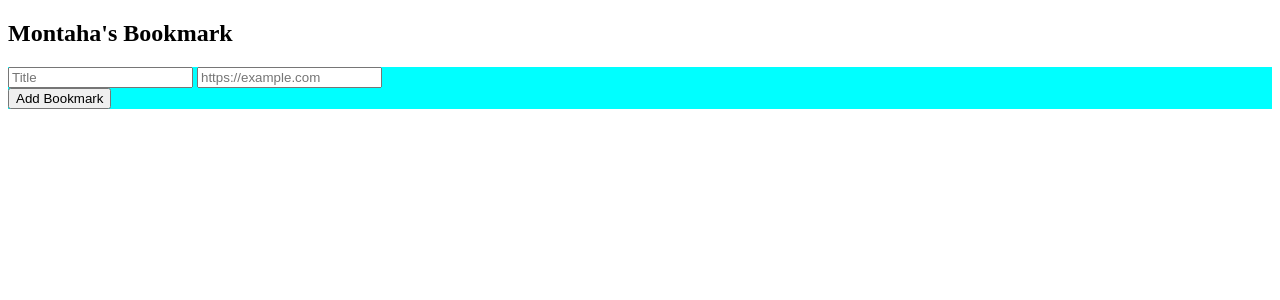
Repository: eidimontaha18-maker/finalproject
Page: index.html
An editor plug-in stored every save of this project. The page is shown before and after the next save, followed by the edit.
The browser window is 1280 px wide. The pictures show the whole page.

Above is the page before, as saved 2025-11-25 23:19:10.

### index.html
<!DOCTYPE html>
<html lang="en">
<head>
    <meta charset="UTF-8">
    <meta name="viewport" content="width=device-width, initial-scale=1.0">
    <title>Montaha's Bookmark</title>
    <link rel="stylesheet" href="style.css">
</head>
<body>
    <nav>
        <h1>Montaha's Bookmark</h1>
    </nav>

    <main>
        <div class="addbookmark">
            <input type="text" placeholder="Title" />
            <input type="text" placeholder="https://example.com" />
            <br>
            <button>Add Bookmark</button>
        </div>
    </main>

</body>
</html>

### style.css
.addbookmark{
    background-color: aqua;
}

After the next save:
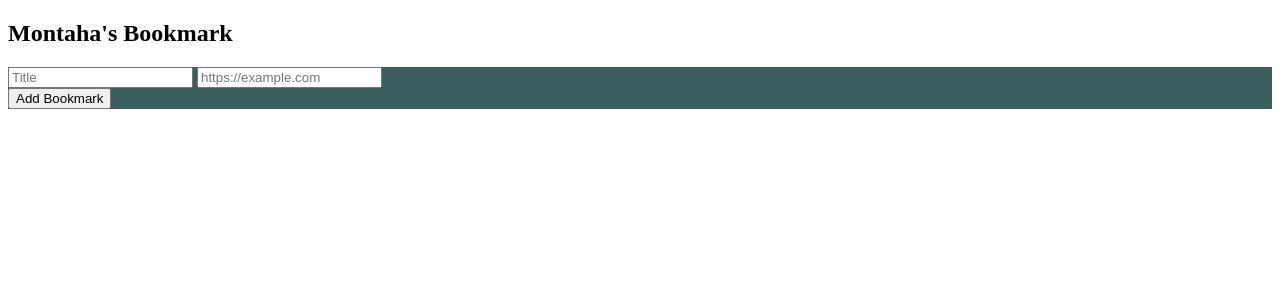
Saved 17 s later.
--- a/style.css
+++ b/style.css
@@ -1,3 +1,3 @@
 .addbookmark{
-    background-color: aqua;
+    background-color: rgb(59, 94, 94);
 }
